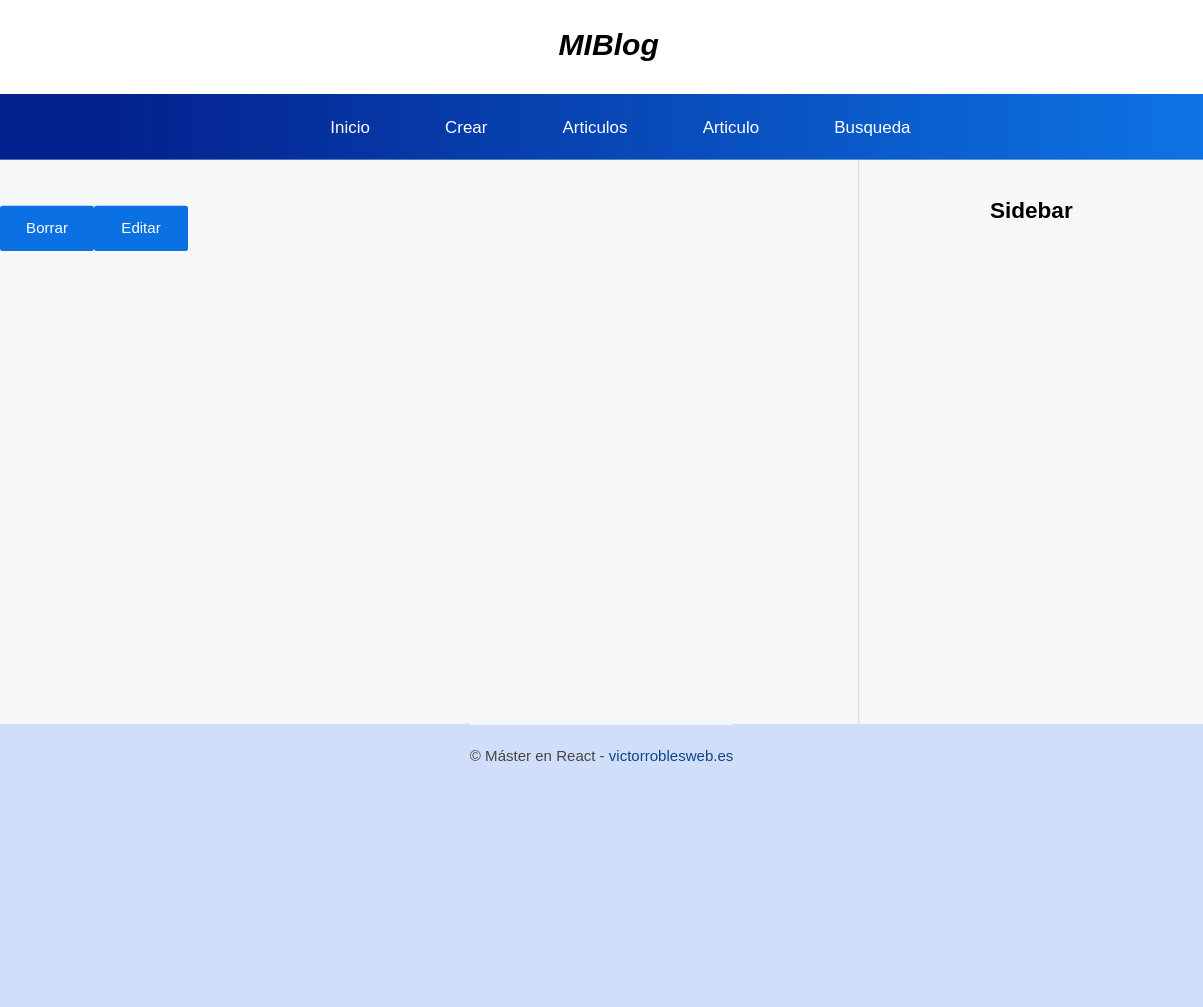
Repository: DamianBermudez94/frondEnd-blog
Page: /articulos
An editor plug-in stored every save of this project. The page is shown before and after the next save, followed by the edit.
The browser window is 1280 px wide. The pictures show the whole page, at 94% of full size.
The project was rebuilt for these pictures with package versions that can differ from the ones it lists, and the page was loaded fresh each time. Also part of the build but not shown: vite.config.js, src/components/pages/Inicio.jsx, src/components/pages/Busqueda.jsx, src/components/pages/Crear.jsx, src/components/pages/Articulo.jsx.

Above is the page before, as saved 2023-08-09 18:26:47.

### index.html
<!doctype html>
<html lang="es">
  <head>
    <meta charset="UTF-8" />
    <link rel="icon" type="image/svg+xml" href="/vite.svg" />
    <meta name="viewport" content="width=device-width, initial-scale=1.0" />
    <title>Proyecto-blog</title>
  </head>
  <body>
    <div id="root"></div>
    <script type="module" src="/src/main.jsx"></script>
  </body>
</html>

### src/main.jsx

import ReactDOM from 'react-dom/client'
import App from './App.jsx'
import './index.css'

ReactDOM.createRoot(document.getElementById('root')).render(

    <App />

)

### src/App.jsx
import { Rutas } from "./router/rutas"



function App() {


  return (
    <div className="layout">
      <Rutas></Rutas>
    </div>
  )
}

export default App

### src/index.css
/*:root {
  font-family: Inter, system-ui, Avenir, Helvetica, Arial, sans-serif;
  line-height: 1.5;
  font-weight: 400;

  color-scheme: light dark;
  color: rgba(255, 255, 255, 0.87);
  background-color: #242424;

  font-synthesis: none;
  text-rendering: optimizeLegibility;
  -webkit-font-smoothing: antialiased;
  -moz-osx-font-smoothing: grayscale;
  -webkit-text-size-adjust: 100%;
}

a {
  font-weight: 500;
  color: #646cff;
  text-decoration: inherit;
}
a:hover {
  color: #535bf2;
}

body {
  margin: 0;
  display: flex;
  place-items: center;
  min-width: 320px;
  min-height: 100vh;
}

h1 {
  font-size: 3.2em;
  line-height: 1.1;
}

button {
  border-radius: 8px;
  border: 1px solid transparent;
  padding: 0.6em 1.2em;
  font-size: 1em;
  font-weight: 500;
  font-family: inherit;
  background-color: #1a1a1a;
  cursor: pointer;
  transition: border-color 0.25s;
}
button:hover {
  border-color: #000bdb;
}
button:focus,
button:focus-visible {
  outline: 4px auto -webkit-focus-ring-color;
}

@media (prefers-color-scheme: light) {
  :root {
    color: #213547;
    background-color: #ffffff;
  }
  a:hover {
    color: #000dff;
  }
  button {
    background-color: #f9f9f9;
  }
}*/


/*ESTILOS GENERALES*/

body{
  background: #d1defa;
  font-family: sans-serif, Arial, Helvetica;
  text-align: center;
  padding: 0px;
  margin: 0px;
  box-sizing: border-box;

}

.layout{
  display: grid;
  grid-template-areas:
      "header header header header"
      "nav nav nav nav"
      "content content content lateral"
      "footer footer footer footer"
  ;
  grid-template-rows: 100px 70px auto 70px;
}

/*ESTILOS CABECERA*/

.header{
  grid-area: header;
  width: 100%;
  background: white;
  text-align: left;
  font-style: italic;

  display: flex;
  justify-content: center;
}



.header h1{
  margin-left: 15px;
  margin-top: 30px;
}

/*ESTILOS DE LA BARRA DE NAVEGACIÓN*/

.nav{
  grid-area: nav;
  background: linear-gradient(90deg, #03228f 10%, #0e73e4 100%);
}

.nav > ul {
  display: flex;
  justify-content: center;
  align-items: center;
  list-style: none;
}

.nav li{
  padding: 10px;
}

.nav a {
  display: block;
  margin-left: 30px;
  margin-right: 30px;
  font-size: 18px;
  font-weight: lighter;
  color: white;
  text-decoration: none;
  transition: all 300ms;
}

.nav a:hover{
  transform: scale(1.1, 1.1);
}

/*ESTILOS PARA EL CONTENIDO PRINCIPAL*/

.content{
  height: 600px;
  grid-area: content;
  background: #f6f7f9;
  display: flex;
  flex-flow: row wrap;
  justify-content: flex-start;
  align-items: flex-start;
  flex-grow: 1;
}
.jumbo{
  width: 85%;
  height: 80%;
  padding-top: 20px;
  display: flex;
  background-color: #ddd;
  justify-content: center;
  align-items: center;
  flex-direction: column;
  border-radius: 5px;
  box-shadow: 1px 0px 10px 0px #6e6e6e;
  margin: 30px auto;
}
.articulo-item{
  flex-grow: 1;
  background: white;
  border-radius: 10px;
  box-shadow: 0px 0px 6px #ddd;
  margin: 20px;
  padding-top: 60px;
  padding-bottom: 60px;
  padding-left: 25px;
  padding-right: 25px;
}
.articulo-item .edit{
  margin-right: 7px;
}
.button,
button,
input[type="submit"],
input[type="button"]{
  width: 100px;
  background: #0b70e1;
  color: white;
  border: 0;
  outline: 0;
  padding:15px;
  border-radius: 3px;
  margin-top:15px;
  text-transform: capitalize;
  font-size: 16px;
  font-weight: 500;
  cursor: pointer;
  transition: all 300ms;
}

.articulo-item .edit:hover{
  background: #e77b00;
}

.articulo-item .delete:hover{
  background: #9b0202;
}

/*ESTILOS BARRA LATERAL*/

.lateral{
  grid-area: lateral;
  background: #f6f7f9;
  border-left: 1px solid #ddd;
  padding: 20px;
}

.lateral > div{
  box-sizing: border-box;
  width: 90%;
  margin: 20px;
  padding: 20px;
  padding-top: 10px;
  background: white;
  border-radius: 10px;
  box-shadow: 0px 0px 6px #ddd;
}

.lateral input[type="text"],
.lateral input[type="text"],
.lateral textarea,
.edit_form input[type="text"],
.edit_form input[type="text"],
.edit_form textarea
{
  display: block;
  margin: 0 auto;
  margin-top: 15px;
  padding: 12px;
  border-radius: 5px;
  background: #f6f7f9;
  color: #454545;
  width: 80%;
  max-width: 250px;
  min-width: 250px;
  min-height: 30px;
  max-height: 250px;
  opacity: 4;
  outline: 0;
  border-color: transparent;
}
.no-encontrado{
  color: #9b0202;
}
.edit_form{
  border-top: 1px solid #ddd;
  margin-top: 10px;
}

/*ESTILOS PARA EL PIE DE PÁGINA*/
.footer{
  height: 300px;
  grid-area: footer;
  margin: 0 auto;
  background: #d1defa;
  color: #454545;
  border-top: 1px solid white;

  line-height: 68px;

}

.footer a{
  color: #0b468a;
  text-decoration: none;
}

@media (max-width: 1085px){
  .content {
      flex-flow: column wrap;
      justify-content: center;
      align-items: center;
  }

  .articulo-item{
      width: 80%;
  }
}

### src/router/rutas.jsx
import React from "react";
import { BrowserRouter, Routes, Route, Navigate } from "react-router-dom";
import { Inicio } from "../components/pages/Inicio";
import { Busqueda } from "../components/pages/Busqueda";
import { Crear } from "../components/pages/Crear";
import Articulos from "../components/pages/Articulos";
import { Articulo } from "../components/pages/Articulo";
import { Header } from "../components/layout/Header";
import { Nav } from "../components/layout/Nav";
import { Footer } from "../components/layout/Footer";
import { Sidebar } from "../components/layout/Sidebar";


export const Rutas = ()=>{

    return(

        <BrowserRouter>
            {/*Layout*/}
            <Header></Header>
            <Nav></Nav>
            {/*Contenido principal y rutas*/}
            <section id="content" className="content">
                <Routes>
                    <Route path="/" element={<Inicio/>}/>
                    <Route path="/inicio" element={<Inicio/>}/>
                    <Route path="/busqueda" element={<Busqueda/>}/>
                    <Route path="/crear" element={<Crear/>}/>
                    <Route path="/articulos" element={<Articulos/>}/>
                    <Route path="/articulo" element={<Articulo/>}/>
                </Routes>
            </section>
            <Sidebar/>
            <Footer></Footer>
        </BrowserRouter>

    )

}

### src/components/pages/Articulos.jsx
import React from 'react'

const Articulos = () => {
  return (
    <article>
      <div><img src="" alt="" /></div>
      <p></p>
      <button>borrar</button>
      <button>editar</button>
    </article>

  )
}

export default Articulos

### src/components/layout/Header.jsx
import React from 'react'

export const Header = () => {
  return (

         <header className="header">
            <h1>MIBlog</h1>
        </header>

  )
}

### src/components/layout/Nav.jsx
import React from 'react'
import { NavLink } from 'react-router-dom'

export const Nav = () => {
  return (

           <nav className="nav">
            <ul>
                <li><NavLink to="/#">Inicio</NavLink></li>
                <li><NavLink to="/crear">Crear</NavLink></li>
                <li><NavLink to="/articulos">Articulos</NavLink></li>
                <li><NavLink to="/articulo">Articulo</NavLink></li>
                <li><NavLink to="/busqueda">Busqueda</NavLink></li>

            </ul>
        </nav>

  )
}

### src/components/layout/Footer.jsx
import React from 'react'

export const Footer = () => {
  return (

         <footer className="footer">
            &copy; Máster en React - <a href="https://victorroblesweb.es">victorroblesweb.es</a>
        </footer>

  )
}

### src/components/layout/Sidebar.jsx
import React from 'react'

export const Sidebar = () => {
  return (
        <aside className="lateral">

            <h1>Sidebar</h1>

        </aside>

  )
}

After the next save:
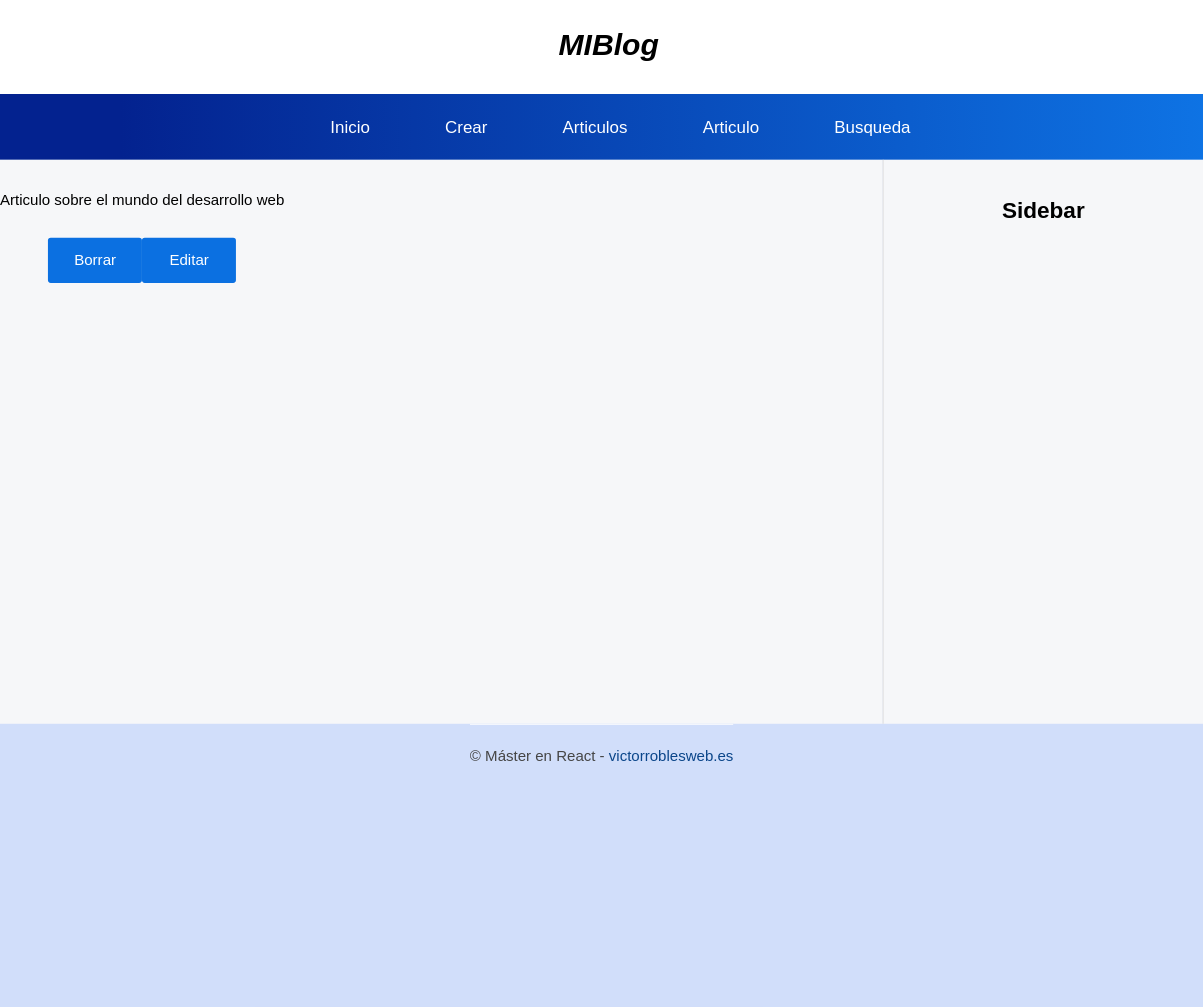
Saved 19 s later.
--- a/src/components/pages/Articulos.jsx
+++ b/src/components/pages/Articulos.jsx
@@ -4,7 +4,7 @@ const Articulos = () => {
   return (
     <article>
       <div><img src="" alt="" /></div>
-      <p></p>
+      <p>Articulo sobre el mundo del desarrollo web</p>
       <button>borrar</button>
       <button>editar</button>
     </article>
